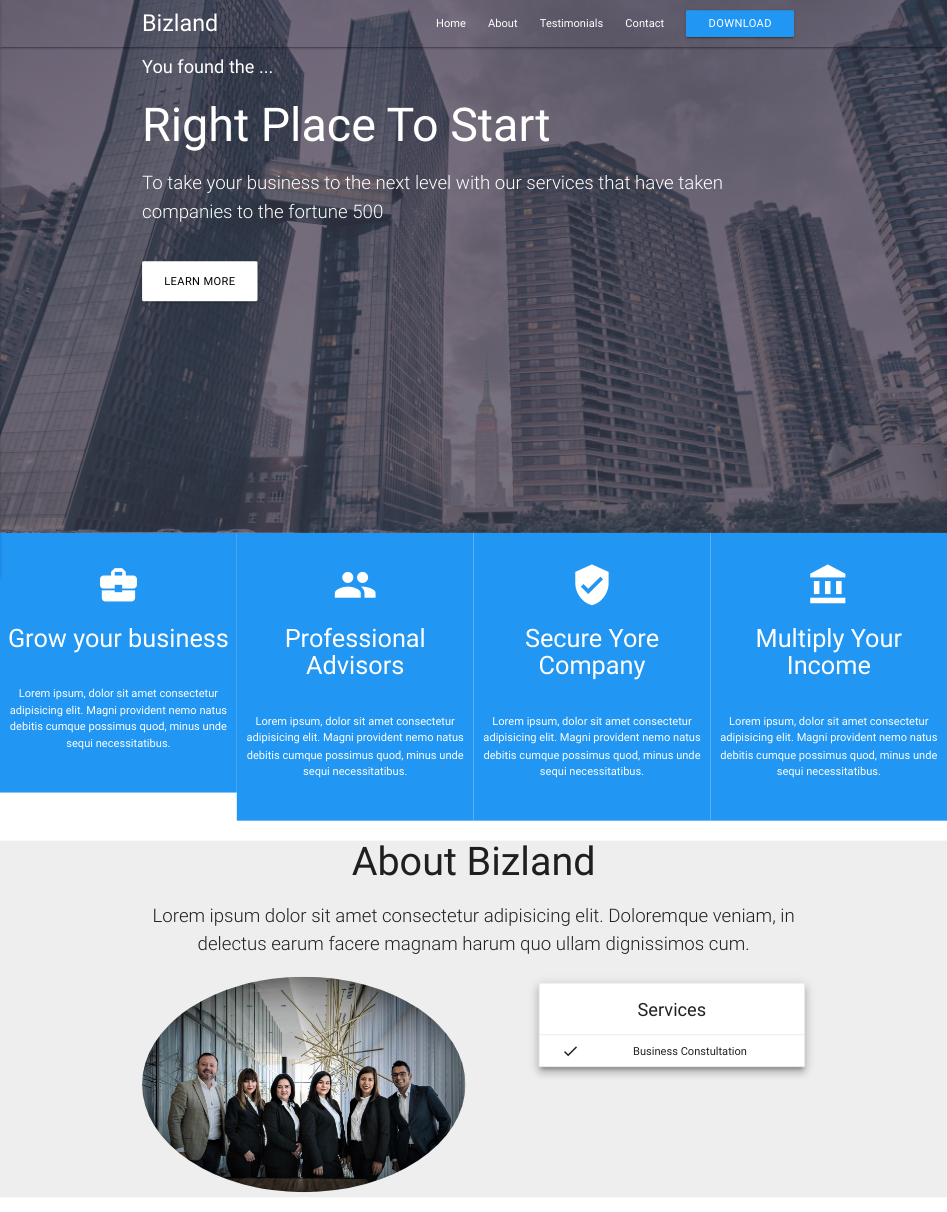
Repository: farrdy/bizland
Page: index.html
The author's editor kept a copy of each file at every save. The page is drawn from the files as they stood at one save, then again after the next save.
The browser window is 1280 px wide. The pictures show the whole page, at 74% of full size.
Some web libraries are served in a nearby version.

Above is the page before, as saved 2020-01-05 13:41:17.

### index.html
<!DOCTYPE html>
<html>
  <head>
    <!--Import Google Icon Font-->
    <link
      href="https://fonts.googleapis.com/icon?family=Material+Icons"
      rel="stylesheet"
    />
    <!--Import materialize.css-->
    <link
      type="text/css"
      rel="stylesheet"
      href="css/materialize.min.css"
      media="screen,projection"
    />
    <link type="text/css" rel="stylesheet" href="css/main.css" />
    <!--Let browser know website is optimized for mobile-->
    <meta name="viewport" content="width=device-width, initial-scale=1.0" />
    <title>Bizland Theme</title>
  </head>

  <body>
    <header class="main-header">
      <div class="primary-overlay">
        <div class="navbar-fixed">
          <nav class="transparent">
            <div class="container">
              <div class="nav-wrapper">
                <a href="#home" class="brand-logo">Bizland</a>
                <a href="#" class="button-collapse" data-activates="mobile-nav">
                  <i class="material-icons">menu</i>
                </a>
                <ul class=" right hide-on-med-and-down">
                  <li>
                    <a href="#home">Home</a>
                  </li>
                  <li>
                    <a href="#about">About</a>
                  </li>
                  <li>
                    <a href="#testimonials">Testimonials</a>
                  </li>
                  <li>
                    <a href="#contact">Contact</a>
                  </li>
                  <li>
                    <a href="#" class="btn blue">Download</a>
                  </li>
                </ul>
              </div>
            </div>
          </nav>
        </div>
        <ul class="side-nav" id="mobile-nav">
          <h4 class="blue-grey darken-3  center">
            Bizland
          </h4>
          <li>
            <a href="#" class="devider"></a>
          </li>
          <li>
            <a href="#home">Home</a>
          </li>
          <li>
            <a href="#about">About</a>
          </li>
          <li>
            <a href="#testimonials">Testimonials</a>
          </li>
          <li>
            <a href="#contact">Contact</a>
          </li>
        </ul>

        <!-- showcase -->
        <div class="showcase container">
          <div class="row">
            <div class="col s12 main-text">
              <h5>You found the ...</h5>
              <h1>Right Place To Start</h1>
              <p class="flow-text">
                To take your business to the next level with our services that
                have taken companies to the fortune 500
              </p>
              <br />
              <a href="" class="btn btn-large white black-text">Learn More</a>
              <a href="#about" class="white-text"
                ><i class="material-icons medium scroll-icon">
                  arrow_drop_down_circle
                </i></a
              >
            </div>
          </div>
        </div>
      </div>
    </header>
    <section class="section-boxes center">
      <div class="row">
        <div class="col s12 m6 l3 blue white-text box">
          <i class="material-icons medium">business_center</i>
          <h4>Grow your business</h4>
          <p>
            Lorem ipsum, dolor sit amet consectetur adipisicing elit. Magni
            provident nemo natus debitis cumque possimus quod, minus unde sequi
            necessitatibus.
          </p>
        </div>
        <div class="col s12 m6 l3 blue white-text box">
          <i class="material-icons medium">people</i>
          <h4>Professional Advisors</h4>
          <p>
            Lorem ipsum, dolor sit amet consectetur adipisicing elit. Magni
            provident nemo natus debitis cumque possimus quod, minus unde sequi
            necessitatibus.
          </p>
        </div>
        <div class="col s12 m6 l3 blue white-text box">
          <i class="material-icons medium">verified_user</i>
          <h4>Secure Yore Company</h4>
          <p>
            Lorem ipsum, dolor sit amet consectetur adipisicing elit. Magni
            provident nemo natus debitis cumque possimus quod, minus unde sequi
            necessitatibus.
          </p>
        </div>
        <div class="col s12 m6 l3 blue white-text box">
          <i class="material-icons medium">account_balance</i>
          <h4>Multiply Your Income</h4>
          <p>
            Lorem ipsum, dolor sit amet consectetur adipisicing elit. Magni
            provident nemo natus debitis cumque possimus quod, minus unde sequi
            necessitatibus.
          </p>
        </div>
      </div>
    </section>
    <!-- Section: About -->

    <section class="section-about grey lighten-3 center">
      <div class="container">
        <h2>About Bizland</h2>
        <p class="flow-text">
          Lorem ipsum dolor sit amet consectetur adipisicing elit. Doloremque
          veniam, in delectus earum facere magnam harum quo ullam dignissimos
          cum.
        </p>
        <div class="row">
          <div class="col s12 m6">
            <img src="img/people.jpg" alt="" class="responsive-img circle" />
          </div>
          <div class="col s12 m5 offset-m1">
            <ul class="collection with-header z-depth-4">
              <li class="collection-header">
                <h5>Services</h5>
              </li>
              <li class="collection-item">
                <i class="material-icons left">check</i>
                Business Constultation
              </li>
            </ul>
          </div>
        </div>
      </div>
    </section>

    <!--Import jQuery before materialize.js-->
    <script
      type="text/javascript"
      src="https://code.jquery.com/jquery-3.2.1.min.js"
    ></script>
    <script type="text/javascript" src="js/materialize.min.js"></script>
    <script>
      $(document).ready(function() {
        $(".button-collapse").sideNav();

        //scrollfire
        const options = [
          {
            selector: ".main-text",
            offset: 0,
            callback: function(el) {
              Materialize.fadeInImage($(el));
            }
          }
        ];

        Materialize.scrollFire(options);
      });
    </script>
  </body>
</html>

### css/main.css
.primary-overlay {
  background: rgba(63, 57, 77, 0.7);
  position: absolute;
  top: 0;
  left: 0;
  width: 100%;
  height: 100%;
  overflow: hidden;
}

.main-header {
  background: url(../img/showcase.jpg);
  background-size: cover;
  background-position: center;
  height: 100vh;
  min-height: 600px;
  color: #fff;
  position: relative;
}

.main-hedare .showcase {
  padding-top: 110px;
}

.scroll-icon {
  position: absolute;
  bottom: 5%;
  left: 47%;
  opacity: 0.5%;
}

.box {
  padding: 40px 10px !important;
}

.box h4 {
  padding-bottom: 30px;
}

.section-boxes .row {
  margin-bottom: 0 !important;
}

@media (max-width: 600px) {
  .main-header {
    height: 50vh;
  }
}

Loaded but not shown: css/materialize.min.css (library); js/materialize.min.js (library)

After the next save:
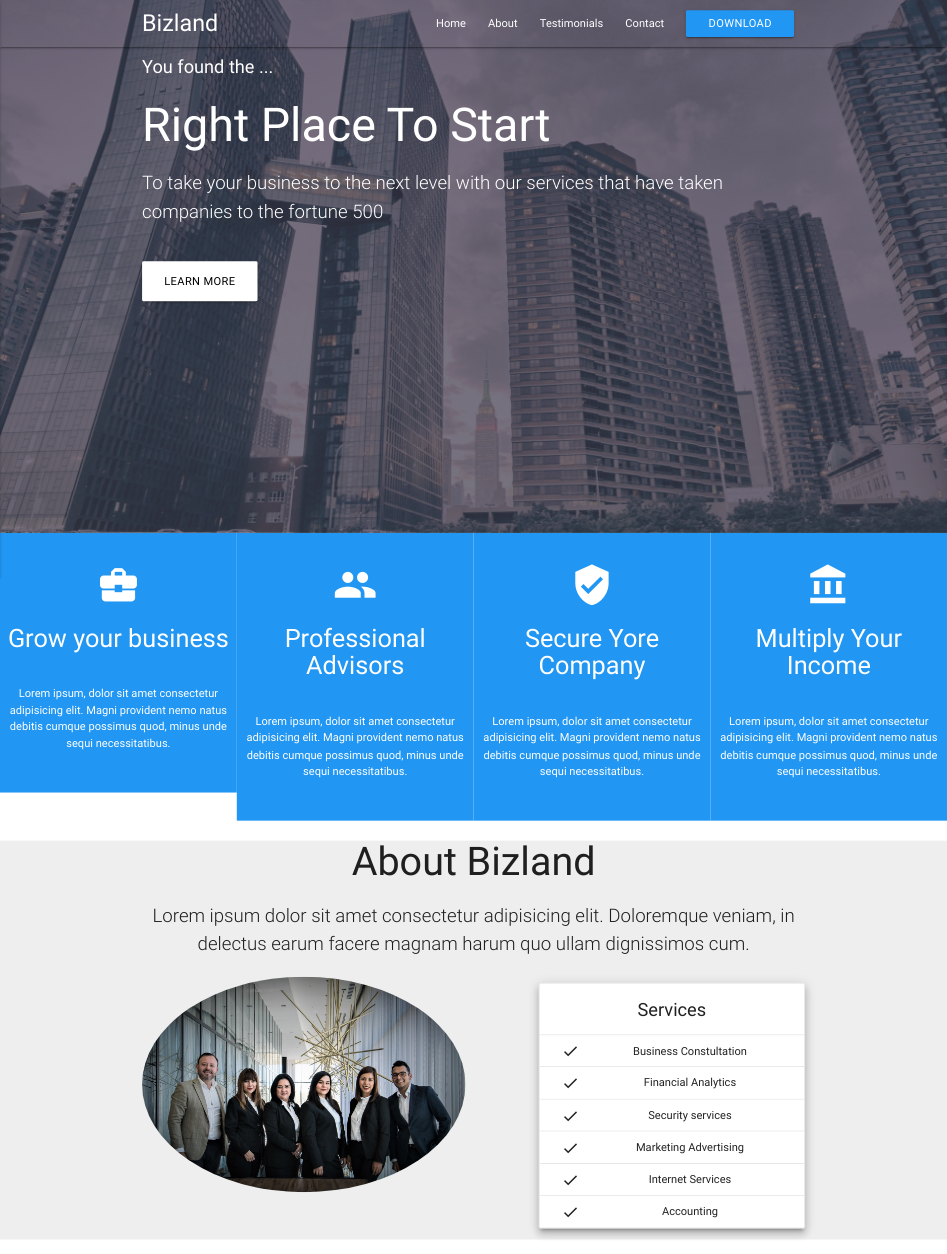
Saved 5 min 57 s later.
--- a/index.html
+++ b/index.html
@@ -157,6 +157,26 @@
                 <i class="material-icons left">check</i>
                 Business Constultation
               </li>
+              <li class="collection-item">
+                <i class="material-icons left">check</i>
+                Financial Analytics
+              </li>
+              <li class="collection-item">
+                <i class="material-icons left">check</i>
+                Security services
+              </li>
+              <li class="collection-item">
+                <i class="material-icons left">check</i>
+                Marketing Advertising
+              </li>
+              <li class="collection-item">
+                <i class="material-icons left">check</i>
+                Internet Services
+              </li>
+              <li class="collection-item">
+                <i class="material-icons left">check</i>
+                Accounting
+              </li>
             </ul>
           </div>
         </div>
